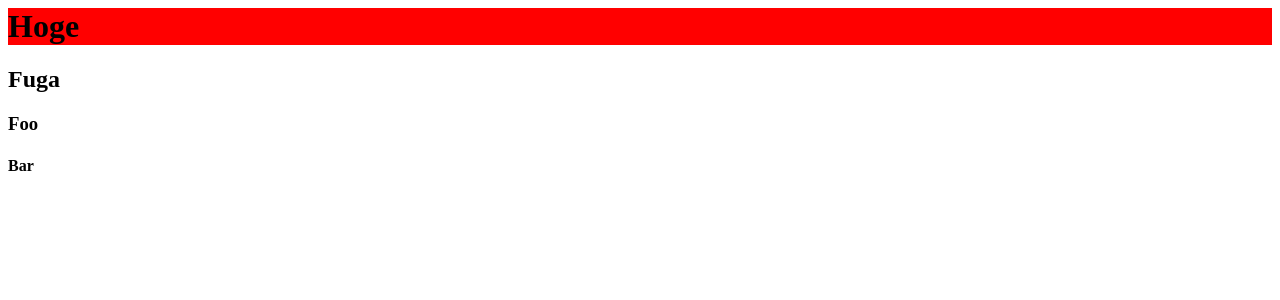
Repository: TakashiYamaguchi2021/samurai_HTML-CSS
Page: First-child.html
The author's editor kept a record of every edit. The page is drawn from the files as they stood at one moment, then again after the next edit.
The browser window is 1280 px wide. The pictures show the whole page.

Above is the page before.

### First-child.html
<html lang="ja">
   <head>
      <style>
         h1:first-child {
             background-color: red;
         }
      </style>
  </head>
  <body>
     <h1>Hoge</h1>
     <h2>Fuga</h2>
     <h3>Foo</h3>
     <h4>Bar</h1>

After the next edit:
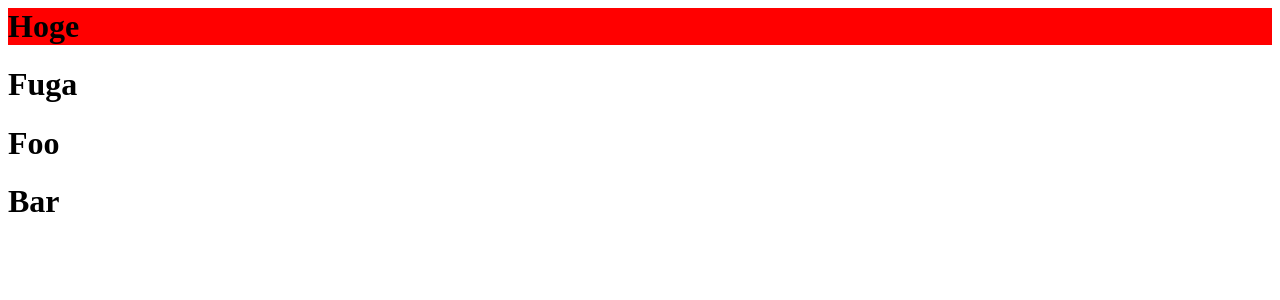
The edit:
--- a/First-child.html
+++ b/First-child.html
@@ -8,6 +8,8 @@
   </head>
   <body>
      <h1>Hoge</h1>
-     <h2>Fuga</h2>
-     <h3>Foo</h3>
-     <h4>Bar</h1>
+     <h1>Fuga</h1>
+     <h1>Foo</h1>
+     <h1>Bar</h1>
+  </body>
+ </html>
